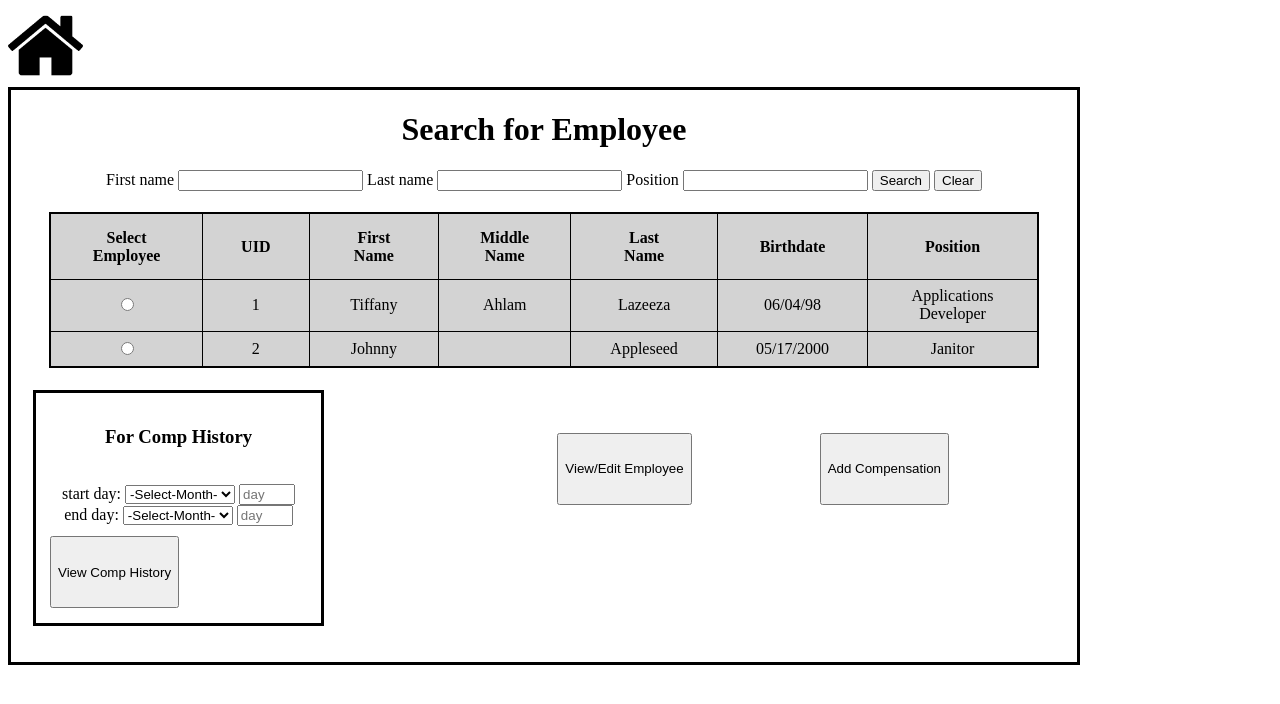
Repository: ticross18/SpringBootEmployeeSystem
Page: http://localhost/searchEmp
An editor plug-in stored every save of this project. The page is shown before and after the next save, followed by the edit.
The browser window is 1280 px wide. The pictures show the whole page.
The page is this project's Thymeleaf template; nobody is signed in. The template is opened directly, without the code that normally fills it, so the values that code supplies are empty.

Above is the page before, as saved 2022-05-17 18:13:53.

### EmploymentSystem/src/main/resources/templates/searchEmp.html
<!DOCTYPE html>
<html>
<head>
	<title>Search for Employee</title>
	<meta charset="UTF-8">
	<meta name="viewport" content="width=device-width, initial-scale=1.0">
	<link href="css/screens.css" rel="stylesheet" type="text/css">
</head>
<body>

<a href="/"><img src="images/homeIcon2.png" id="homeButton" alt="home button"></a>

<div id="SearchEmpBox" >
	<h1 id="title">Search for Employee</h1>

	<form>
		<label for="fname">First name </label>
		<input type="text" id="fname" name="fname">
		<label for="lname">Last name  </label>
		<input type="text" id="lname" name="lname">
		<label for="position">Position</label>
		<input type="text" id="position" name="position">
		<button type="button" name ="search">Search</button>
		<button type="clear" name ="clear">Clear</button>
	</form>

	<table border=1  rules=rows id="results" >
		<tr>
			<th>Select Employee</th>
			<th>UID</th>
			<th>First Name</th>
			<th>Middle Name</th>
			<th>Last Name</th>
			<th>Birthdate</th>
			<th>Position</th>
		</tr>
		 <tr class="entries">
			<td><input type="radio" name="edit" class="editEmp"/></td>
			<td>1</td>
			<td>Tiffany</td>
			<td>Ahlam</td>
			<td>Lazeeza</td>
			<td>06/04/98</td>
			<td>Applications Developer</td>
		</tr>
		 <tr class="entries">
			<td><input type="radio" name="edit" class="editEmp"/></td>
			<td>2</td>
			<td>Johnny</td>
			<td></td>
			<td>Appleseed</td>
			<td>05/17/2000</td>
			<td>Janitor</td>
		</tr>

	</table>

     <button type="button" class="optionButtons" onclick="location.href = '#';" style="float:right; margin-top:6vh;" id="addEmp" > Add Compensation </button>

     <button type="button" class="optionButtons" onclick="location.href = '#';" style="float:right; margin-top:6vh;" id="viewEditEmp"> View/Edit Employee </button>

	<div id="dateRange">
		<h3>For Comp History</h3><br>

		<label >start day:</label>
		    <select class='monthDropDown'>
			    <option selected value=''>-Select-Month-</option>
			    <option value='1'>January</option>
			    <option value='2'>February</option>
			    <option value='3'>March</option>
			    <option value='4'>April</option>
			    <option value='5'>May</option>
			    <option value='6'>June</option>
			    <option value='7'>July</option>
			    <option value='8'>August</option>
			    <option value='9'>September</option>
			    <option value='10'>October</option>
			    <option value='11'>November</option>
			    <option value='12'>December</option>
		    </select>
		    <input type="number"min="0" max="31" placeholder="day"/>

		    <br>

		<label>end day:</label>
		<select class='monthDropDown'>
		    <option selected value=''>-Select-Month-</option>
		    <option value='1'>January</option>
		    <option value='2'>February</option>
		    <option value='3'>March</option>
		    <option value='4'>April</option>
		    <option value='5'>May</option>
		    <option value='6'>June</option>
		    <option value='7'>July</option>
		    <option value='8'>August</option>
		    <option value='9'>September</option>
		    <option value='10'>October</option>
		    <option value='11'>November</option>
		    <option value='12'>December</option>
	    </select>
	    <input type="number"min="0" max="31" placeholder="day"/>
	     <br><button type="button" class="optionButtons" onclick="location.href = '#';" id="compHistory" > View Comp History </button>

	</div>


</div>
</body>
</html>

### EmploymentSystem/src/main/resources/static/css/screens.css
.container {
   display: flex;

}

#homeButton{
	width:75px;
	height:75px;
	position: relative;
}

.asterisk{
	color: red;
}

#addEmpBox {
	padding-left: 40vw;
	border: 3px solid rgb(0, 0, 0);
	padding-bottom: 15px;
}

#addEmpBox input {
	margin-bottom: 15px;
	padding: 2px;
}

#SearchEmpBox {
	border: 3px solid rgb(0, 0, 0);
	padding-bottom: 15px;
	margin-right: 15vw;
	text-align: center;
}

#userInput {
	display:inline-table;
}

#results {
	border: 2px solid black;
	margin: 10px;
	background-color: lightgrey;
	border-collapse: collapse;
	margin:  3vh 3vw;
}

#results th {
	padding: 2vh 3vw;
	border-left: 1px solid #000;
    border-right: 1px solid #000;
}

#results td {
	padding: 1vh 3vw ;
	border-left: 1px solid #000;
    border-right: 1px solid #000;

}

#finalEdit{
	text-align: left;
	position: left;
}

button.optionButtons {
	margin-top: 10px;
	margin-right: 10vw;
	height: 10vh;
}

button.optionButtons:active {
  box-shadow: 0 5px #666;
  transform: translateY(4px);
}

button.optionButtons:hover {
  background-color: rgb(255, 255, 128);
  cursor: pointer;
}

#dateRange {
	border: 3px solid rgb(0, 0, 0);
	width:fit-content;
	margin: 3vh;
	padding: 2vh;
}



.monthDropDown {
	width:110px;
}


tr.entries:hover {
  background-color: white;
  cursor: pointer;
}

After the next save:
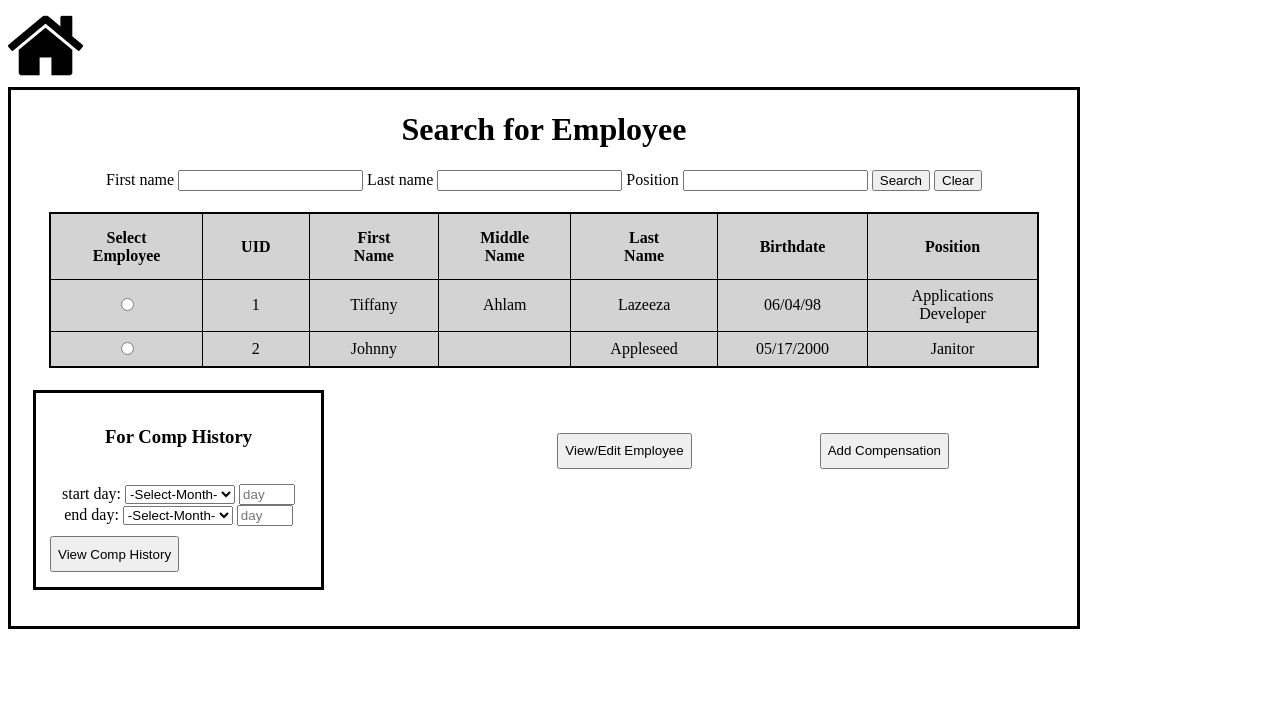
Saved 5 s later.
--- a/EmploymentSystem/src/main/resources/static/css/screens.css
+++ b/EmploymentSystem/src/main/resources/static/css/screens.css
@@ -64,7 +64,7 @@
 button.optionButtons {
 	margin-top: 10px;
 	margin-right: 10vw;
-	height: 10vh;
+	height: 5vh;
 }
 
 button.optionButtons:active {
